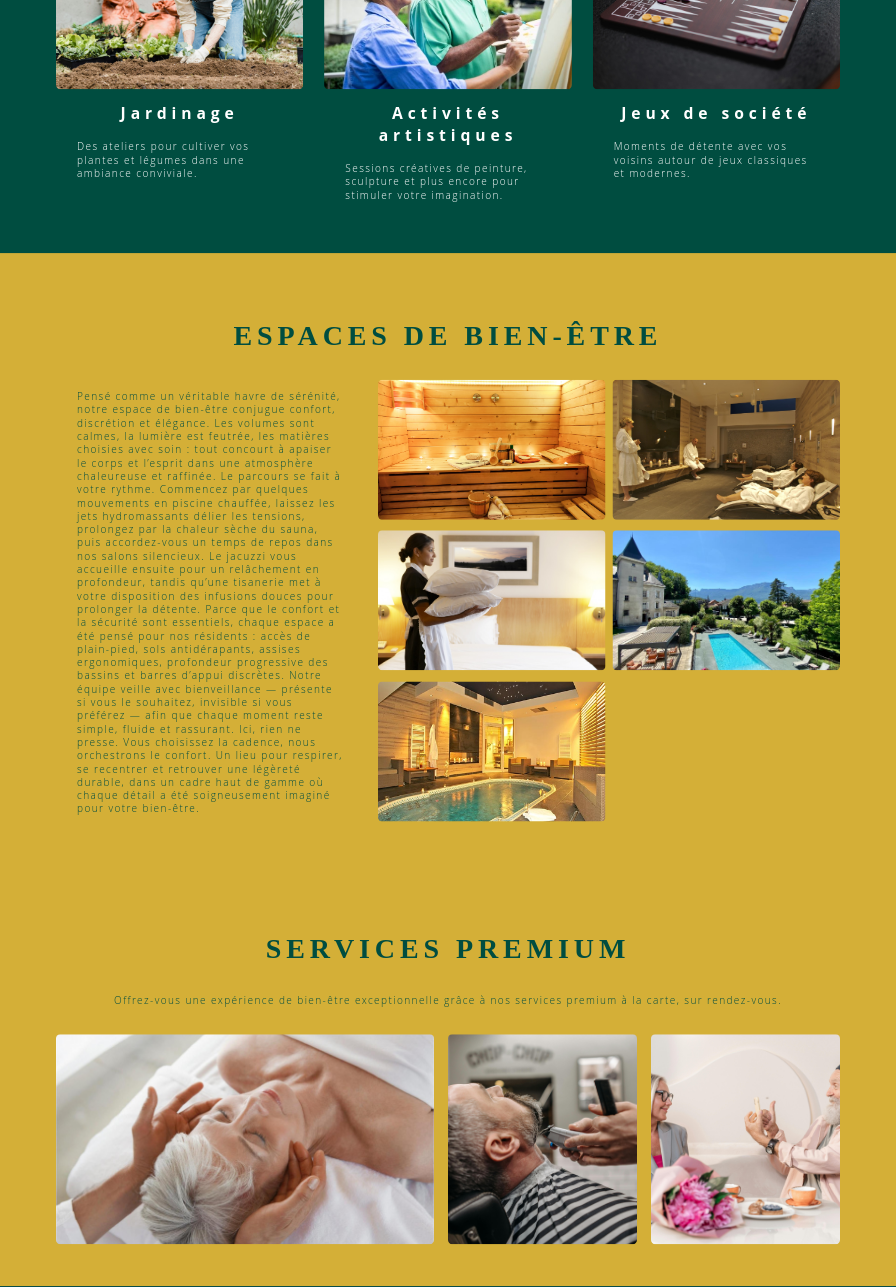
Repository: Rahimzeeeer/alteaaaa
Page: style.html
These files come from the project's save history. The page is drawn as it stood at one moment and after the next save; the edit follows.
The browser window is 1280 px wide. The pictures show the part of the page from y = 1841 to 3761 px (the page is 3679 px tall before and 3761 px after), at 70% of full size.

Above is the page before, as saved 2025-08-13 03:33:10.

After the next save:
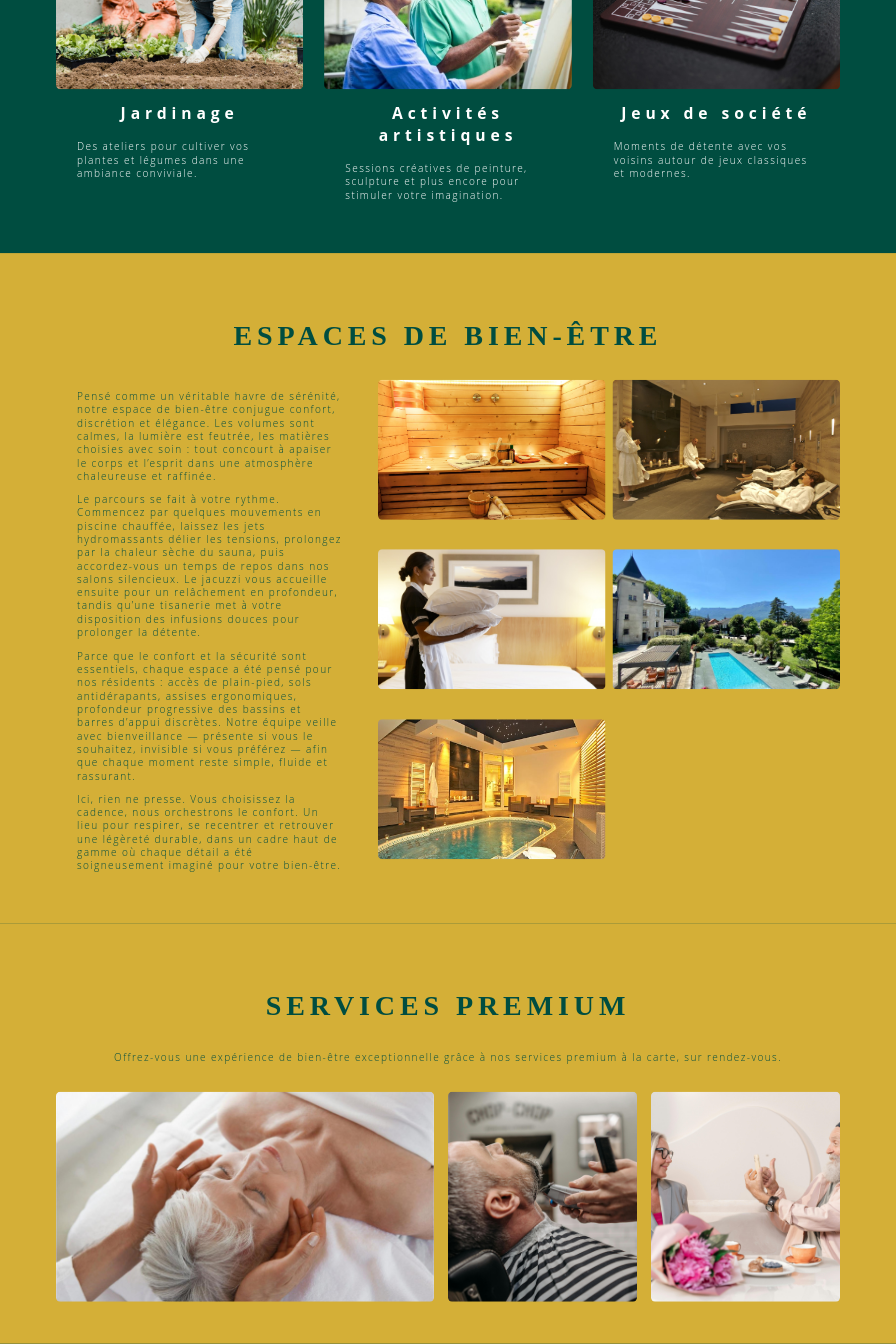
Saved 3 min 48 s later.
--- a/style.html
+++ b/style.html
@@ -80,12 +80,10 @@
     <h2 class="title serif">ESPACES DE BIEN-ÊTRE</h2>
     <div class="wellness-grid">
         <div class="text">
-            <p>Pensé comme un véritable havre de sérénité, notre espace de bien-être conjugue confort, discrétion et élégance. Les volumes sont calmes, la lumière est feutrée, les matières choisies avec soin : tout concourt à apaiser le corps et l’esprit dans une atmosphère chaleureuse et raffinée.
-Le parcours se fait à votre rythme. Commencez par quelques mouvements en piscine chauffée, laissez les jets hydromassants délier les tensions, prolongez par la chaleur sèche du sauna, puis accordez-vous un temps de repos dans nos salons silencieux. Le jacuzzi vous accueille ensuite pour un relâchement en profondeur, tandis qu’une tisanerie met à votre disposition des infusions douces pour prolonger la détente.
-
-Parce que le confort et la sécurité sont essentiels, chaque espace a été pensé pour nos résidents : accès de plain-pied, sols antidérapants, assises ergonomiques, profondeur progressive des bassins et barres d’appui discrètes. Notre équipe veille avec bienveillance — présente si vous le souhaitez, invisible si vous préférez — afin que chaque moment reste simple, fluide et rassurant.
-
-Ici, rien ne presse. Vous choisissez la cadence, nous orchestrons le confort. Un lieu pour respirer, se recentrer et retrouver une légèreté durable, dans un cadre haut de gamme où chaque détail a été soigneusement imaginé pour votre bien-être.</p>
+            <p>Pensé comme un véritable havre de sérénité, notre espace de bien-être conjugue confort, discrétion et élégance. Les volumes sont calmes, la lumière est feutrée, les matières choisies avec soin : tout concourt à apaiser le corps et l’esprit dans une atmosphère chaleureuse et raffinée.</p>
+            <p>Le parcours se fait à votre rythme. Commencez par quelques mouvements en piscine chauffée, laissez les jets hydromassants délier les tensions, prolongez par la chaleur sèche du sauna, puis accordez-vous un temps de repos dans nos salons silencieux. Le jacuzzi vous accueille ensuite pour un relâchement en profondeur, tandis qu’une tisanerie met à votre disposition des infusions douces pour prolonger la détente.</p>
+            <p>Parce que le confort et la sécurité sont essentiels, chaque espace a été pensé pour nos résidents : accès de plain-pied, sols antidérapants, assises ergonomiques, profondeur progressive des bassins et barres d’appui discrètes. Notre équipe veille avec bienveillance — présente si vous le souhaitez, invisible si vous préférez — afin que chaque moment reste simple, fluide et rassurant.</p>
+            <p>Ici, rien ne presse. Vous choisissez la cadence, nous orchestrons le confort. Un lieu pour respirer, se recentrer et retrouver une légèreté durable, dans un cadre haut de gamme où chaque détail a été soigneusement imaginé pour votre bien-être.</p>
         </div>
         <div class="images">
             <img src="images/style/sauna.webp" alt="Sauna">
